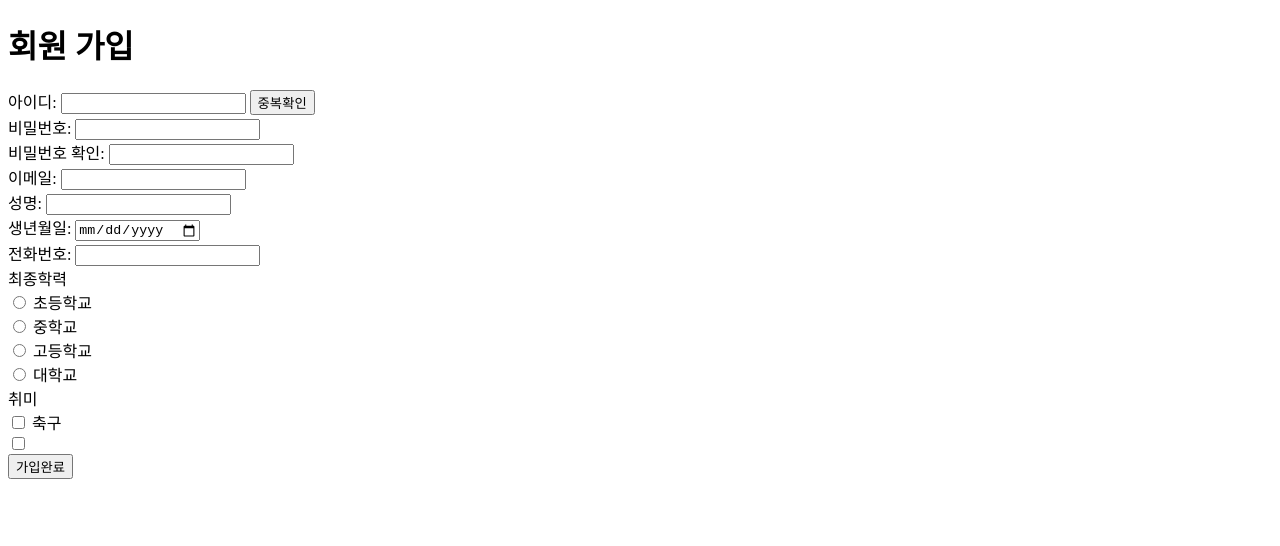
Repository: Chojaejun/javastudy
Page: HelloWorld/WebContent/Test3.html
These files come from the project's save history. The page is drawn as it stood at one moment and after the next save; the edit follows.
The browser window is 1280 px wide. The pictures show the whole page.

Above is the page before, as saved 2020-12-07 02:05:02.

### HelloWorld/WebContent/Test3.html
<!DOCTYPE html>
<html>
<head>
<meta charset="UTF-8">
<title>회원가입 페이지</title>
</head>
<body>

<h1>회원 가입</h1>
<form action="insert.9" method="post">
<label for="id">아이디: </label>
<input id="id" name="id">
<button>중복확인</button>
<br>
<label for="ps1">비밀번호: </label>
<input id="ps1" type="password" name="ps1">
<br>
<label for="ps2">비밀번호 확인: </label>
<input id="ps2" type="password" name="ps2">
<br>
<label for="email">이메일: </label>
<input id="email" type="email" name="email">
<br>
<label for="name">성명: </label>
<input id="name" name="name">
<br>
<label for="birth">생년월일: </label>
<input id="birth" type="date" name="birth">
<br>
<label for="tel">전화번호: </label>
<input id="tel" type="tel" name="tel">
<br>
<label>최종학력</label>
<br>

<input id="es" type="radio" name="school" value="es">
<label for="es">초등학교</label>
<br>

<input id="ms" type="radio" name="school" value="ms">
<label for="ms">중학교</label>
<br>

<input id="hs" type="radio" name="school" value="hs">
<label for="hs">고등학교</label>
<br>

<input id="us" type="radio" name="school" value="us">
<label for="us">대학교</label>

<br>
<label>취미</label>
<br>
<input id="so" type="checkbox" name="climb" value="soccer">
<label for="so">축구</label>
<br>
<input name="climb" type="checkbox" value="">

<br>
<input type="submit" value="가입완료">















</form>

</body>
</html>

After the next save:
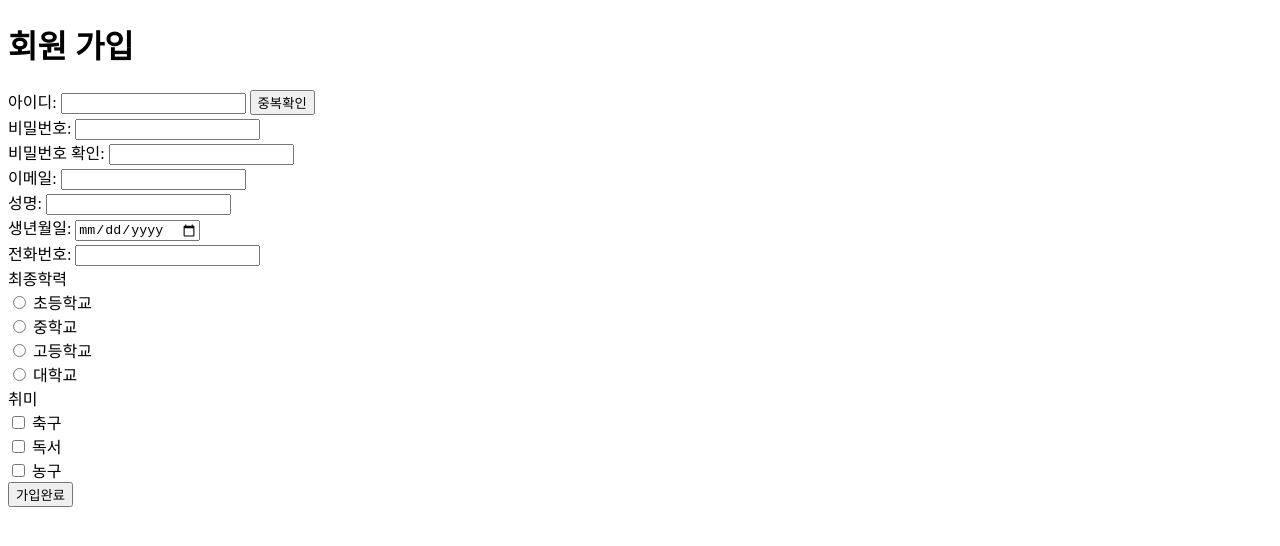
Saved 9 min 43 s later.
--- a/HelloWorld/WebContent/Test3.html
+++ b/HelloWorld/WebContent/Test3.html
@@ -54,8 +54,11 @@
 <input id="so" type="checkbox" name="climb" value="soccer">
 <label for="so">축구</label>
 <br>
-<input name="climb" type="checkbox" value="">
-
+<input id="re" name="climb" type="checkbox" value="read">
+<label for="re">독서</label>
+<br>
+<input id="ba" type="checkbox" name="climb" value="basketball">
+<label for="ba">농구</label>
 <br>
 <input type="submit" value="가입완료">
 
